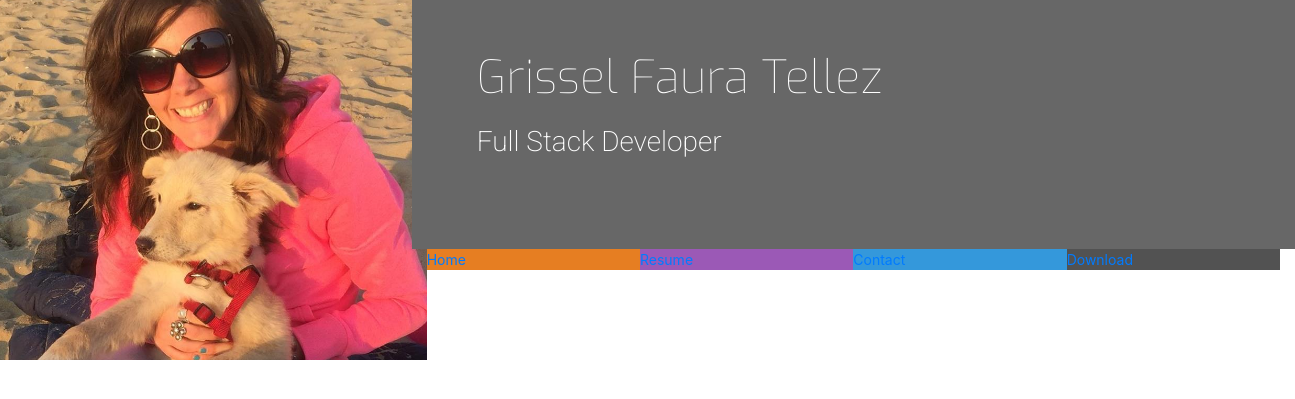
Repository: grisselfaura/Resume-Project-Introduction
Page: index.html
The author's editor kept a record of every edit. The page is drawn from the files as they stood at one moment, then again after the next edit.
The browser window is 1280 px wide. The page is 1295 px wide, then 1280 px, so the pictures cover 1295 px, including what lies to the right of the window. The pictures show the whole page.

Above is the page before.

### index.html
<!DOCTYPE html>
<html lang="en">
<head>
    <meta charset="UTF-8">
    <meta name="viewport" content="width=device-width, initial-scale=1.0">
    <meta http-equiv="X-UA-Compatible" content="ie=edge">
    <link rel="stylesheet" href="https://stackpath.bootstrapcdn.com/bootstrap/4.3.1/css/bootstrap.min.css" type="text/css" />
    <link rel="stylesheet" href="https://stackpath.bootstrapcdn.com/font-awesome/4.7.0/css/font-awesome.min.css" type="text/css" />
    <link rel="stylesheet" href="assets/CSS/style.css" type="text/css" />
    <title>Grissel</title>
</head>
<body>
    <header>
       <div class="row no-gutters">
           <a class="col-md-4 logo" href="index.html"></a>
           <div class="col-md-8">
               <div class="row bg-color-name-title">
                   <div class="col heading">
                       <h1 class="name">Grissel Faura Tellez</h1>
                       <h2 class="title">Full Stack Developer</h2>
                    </div>
               </div>
               <div class="row no-gutters">
                   <div class="col">
                       <ul id="nav" class="list-inline menucontainer">
                           <li class="col-6 col-sm-3 ui-menu-color-home list-inline-item">
                               <a href="#"><span>Home</span></a>
                           </li>
                           <li class="col-6 col-sm-3 ui-menu-color-resume list-inline-item">
                               <a href="#"><span>Resume</span></a>
                           </li>
                           <li class="col-6 col-sm-3 ui-menu-color-contact list-inline-item">
                               <a href="#"><span>Contact</span></a>
                           </li>
                           <li class="col-6 col-sm-3 ui-menu-color-download list-inline-item">
                               <a href="#"><span>Download</span></a>
                           </li>
                       </ul>
                   </div>
               </div>
           </div>
       </div>
    </header>
    <section>

    </section>
    <footer>

    </footer>
</body>
</html>

### assets/CSS/style.css
@import url('https://fonts.googleapis.com/css?family=Roboto:100,200,300,400,500,600,700|Exo:100,200,300,400,500,600,700');

/*---------------------------------Colours*/

.bg-color-name-title {
    background-color: #676767;
}

.ui-menu-color-home {
     background-color: #e67e22;
}

.ui-menu-color-resume {
     background-color: #9b59b6;
}

.ui-menu-color-contact {
     background-color: #3498db;
}

.ui-menu-color-download {
     background-color: #525252;
}

/*---------------------------------Heading*/
header {
    margin: 0;
}

.heading {
    margin-left: 50px;
}

.logo {
    background: url("../images/gri.jpg");
    background-position: center;
    background-repeat: no-repeat;
    background-size: cover;
    min-height: 360px;
    transition: all .5s ease-in-out;
    -moz-transition: all .5s ease-in-out;
    -webkit-transition: all .5s ease-in-out;
}

.name {
    font-family: "Exo", sans-serif;
    font-weight: 100;
    font-size: 46px;
    margin-top: 50px;
    color: #ffffff;
}

.title {
    font-family: "Roboto", sans-serif;
    font-weight: 200;
    font-size: 28px;
    margin-top: 20px;
    margin-bottom: 90px;
    color: #ffffff;
}
.list-inline-item:not(:last-child) {
    margin-right: 0;
}
.menucontainer {
    font-size: 0;
}

#nav {
    margin: 0
}

#nav li {
    font-size: 14px;
    padding: 0;
}

.menuitem {
    height: 120px;
    text-align: center;
    padding: 0;
}

.menuitem a {
    width: 100%;
    text-decoration: none;
    color: #fff;
    height: 120px;
}

.menuitem a i {
    padding-top: 22px;
    display: block;
    color: #fafafa;
    font-size: 26px;
}

.menuitem span {
    display: block;
    width: 100%;
    padding-top: 5px;
    text-align: center;
    text-transform: uppercase;
    font-size: 14px;
    font-weight: 300;
    letter-spacing: 2px;
}

/*---------------------------------Hover.css*/
.hvr-sweep-to-bottom:before {
    background: rgba(0,0,0,0.2);
    height: 120px;
}

After the next edit:
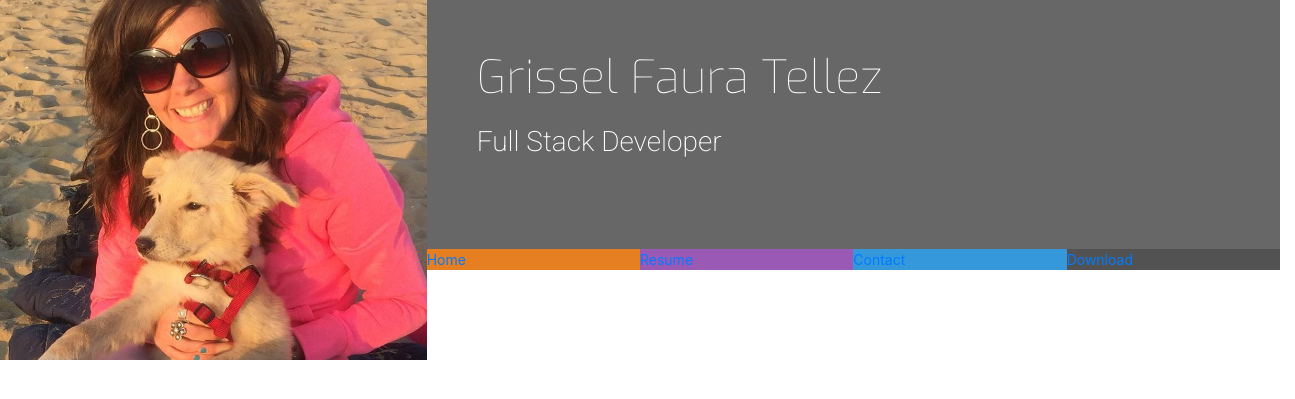
The edit:
--- a/index.html
+++ b/index.html
@@ -14,7 +14,7 @@
        <div class="row no-gutters">
            <a class="col-md-4 logo" href="index.html"></a>
            <div class="col-md-8">
-               <div class="row bg-color-name-title">
+               <div class="row no-gutters bg-color-name-title">
                    <div class="col heading">
                        <h1 class="name">Grissel Faura Tellez</h1>
                        <h2 class="title">Full Stack Developer</h2>
